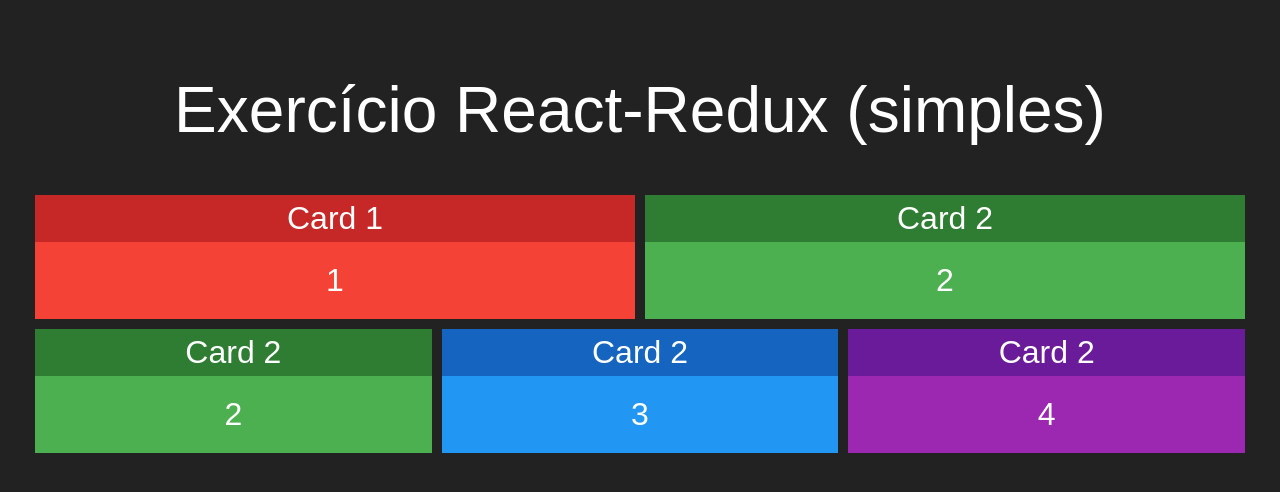
Repository: Henrique-Franca/Clear-Redux-Simples
Page: /
An editor plug-in stored every save of this project. The page is shown before and after the next save, followed by the edit.
The browser window is 1280 px wide. The pictures show the whole page.
The project was rebuilt for these pictures with package versions that can differ from the ones it lists, and the page was loaded fresh each time.

Above is the page before, as saved 2022-11-22 07:40:29.

After the next save:
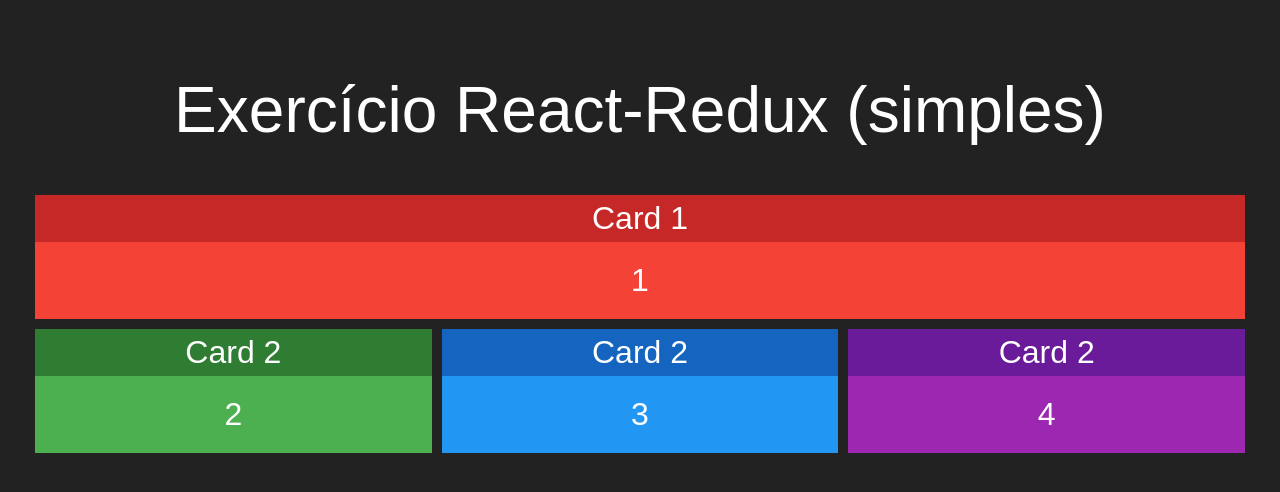
Saved 19 s later.
--- a/src/App.js
+++ b/src/App.js
@@ -8,12 +8,7 @@ function App() {
       <h1>Exercício React-Redux (simples)</h1>
 
       <div className='linha'>
-        <Card title="Card 1" red>
-          1
-        </Card>
-        <Card title="Card 2" green>
-          2
-        </Card>
+        <Card title="Card 1" red>1</Card>
       </div>
       <div className='linha'>
         <Card title="Card 2" green>2</Card>
